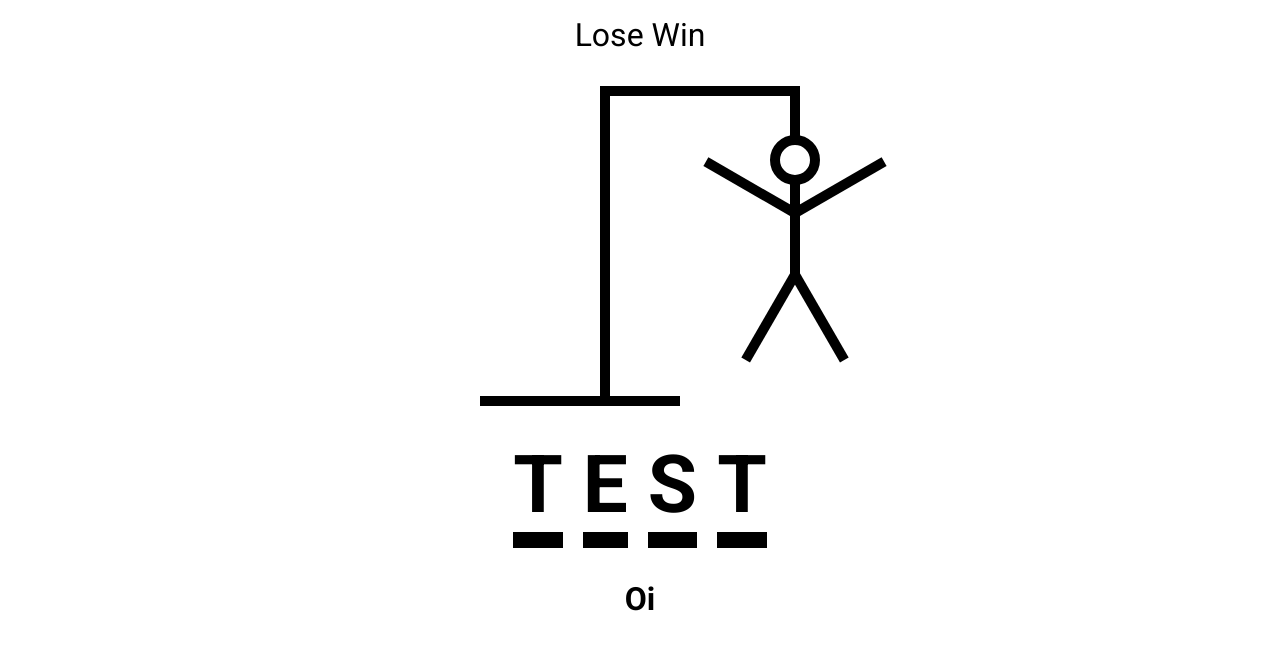
Repository: guilhermecardoso93/jogodaforca
Page: /
These files come from the project's save history. The page is drawn as it stood at one moment and after the next save; the edit follows.
The browser window is 1280 px wide. The pictures show the whole page.
The project was rebuilt for these pictures with package versions that can differ from the ones it lists, and the page was loaded fresh each time. Also part of the build but not shown: vite.config.ts.

Above is the page before, as saved 2022-12-06 21:14:51.

After the next save:
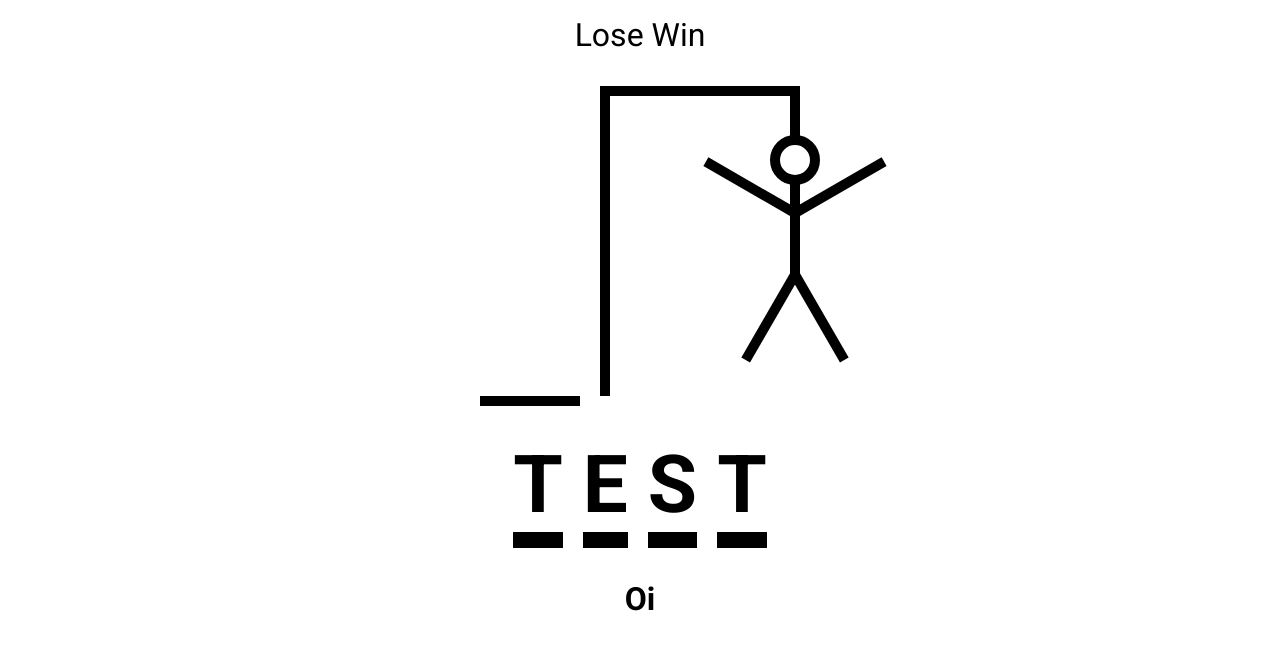
Saved 14 s later.
--- a/src/components/HangmanDrawing.tsx
+++ b/src/components/HangmanDrawing.tsx
@@ -121,7 +121,7 @@ export function HangmanDrawing() {
           marginLeft: "120px",
         }}
       />
-      <div style={{ height: "10px", width: "200px", background: "black" }} />
+      <div style={{ height: "10px", width: "100px", background: "black" }} />
     </div>
   );
 }
